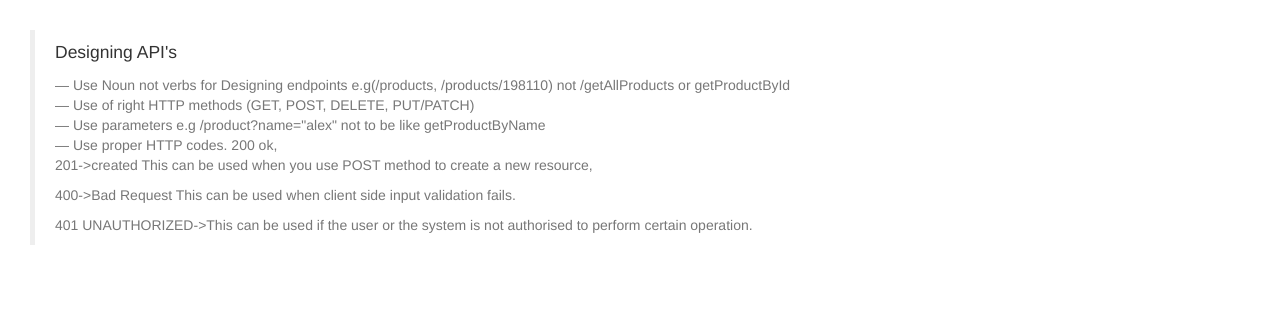
Repository: rahil001/preparation
Page: javascriptPrac/ApiDesign.html
The author's editor kept a copy of each file at every save. The page is drawn from the files as they stood at one save, then again after the next save.
The browser window is 1280 px wide. The pictures show the whole page.

Above is the page before, as saved 2019-10-29 22:34:38.

After the next save:
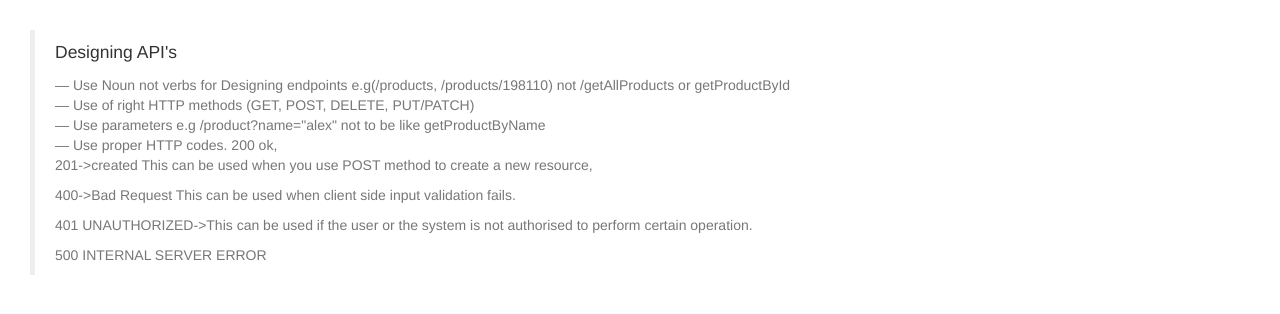
Saved 16 s later.
--- a/javascriptPrac/ApiDesign.html
+++ b/javascriptPrac/ApiDesign.html
@@ -27,6 +27,7 @@
             <p>201->created This can be used when you use POST method to create a new resource,</p>
             <p>400->Bad Request This can be used when client side input validation fails.</p>
             <p>401 UNAUTHORIZED->This can be used if the user or the system is not authorised to perform certain operation.</p>
+            <p>500 INTERNAL SERVER ERROR</p>
         </footer>
     </blockquote>
 </div>
